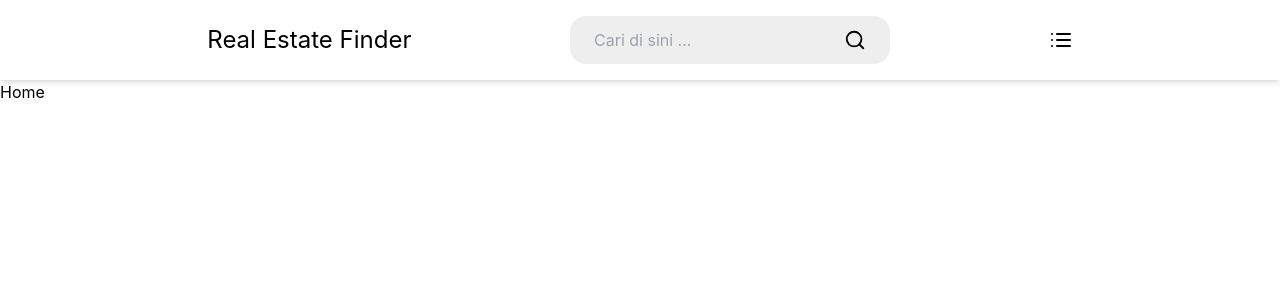
Repository: farrelmuhammad/real-estate-react
Page: /
These files come from the project's save history. The page is drawn as it stood at one moment and after the next save; the edit follows.
The browser window is 1280 px wide. The pictures show the whole page.
The project was rebuilt for these pictures with package versions that can differ from the ones it lists, and the page was loaded fresh each time. Also part of the build but not shown: src/App.css.

Above is the page before, as saved 2023-02-06 19:02:13.

After the next save:
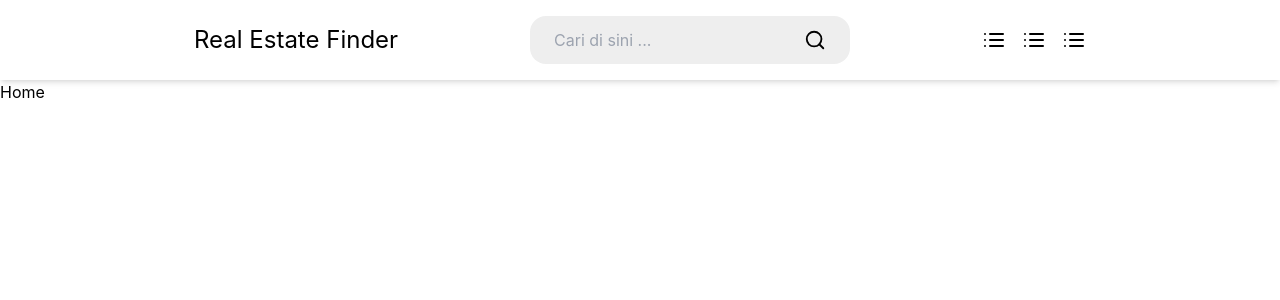
Saved 9 s later.
--- a/src/components/Navbar.jsx
+++ b/src/components/Navbar.jsx
@@ -29,6 +29,8 @@ const Navbar = () => {
                     <div className="w-8 lg:w-auto lg:flex-grow-0">
                         <div className="lg:flex gap-4 items-center text-2xl hidden">
                             <FiList />
+                            <FiList />
+                            <FiList />
 
                         </div>
                     </div>
